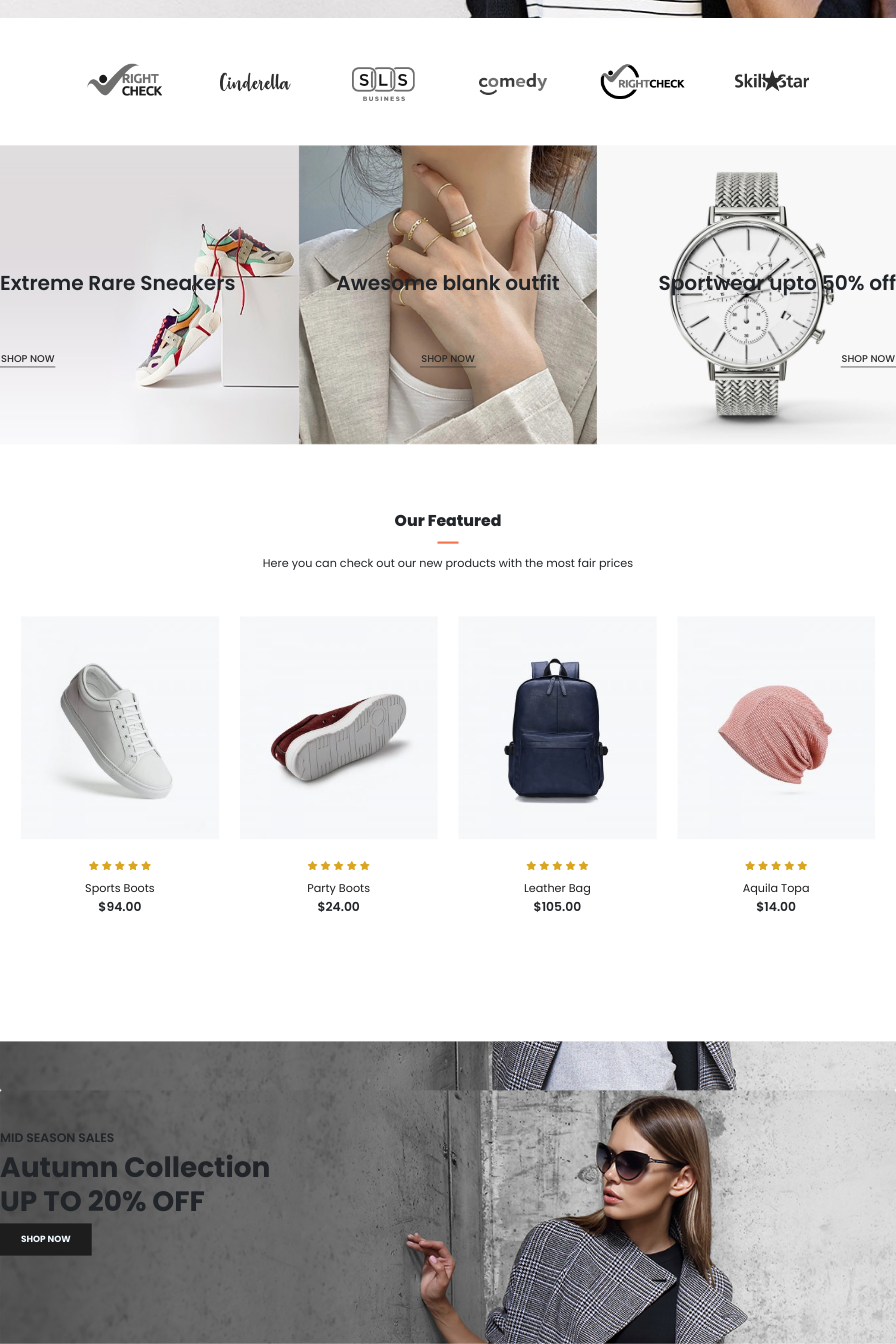
Repository: peter417waweru/e-commerce-UI
Page: index.html
The author's editor kept a copy of each file at every save. The page is drawn from the files as they stood at one save, then again after the next save.
The browser window is 1280 px wide. The pictures show the part of the page from y = 694 to 2614 px (the page is 2614 px tall), at 70% of full size.
Some web libraries are served in a nearby version.

Above is the page before, as saved 2025-02-07 23:42:51.

### index.html
<!DOCTYPE html>
<html lang="en">

    <head>
        <meta charset="UTF-8">
        <meta http-equiv="X-UA-Compatible" content="IE=edge">
        <meta name="viewport" content="width=device-width, initial-scale=1.0">
        <title>Ecommerce Website1</title>

        <link rel="stylesheet" href="https://cdn.jsdelivr.net/npm/bootstrap@4.1.3/dist/css/bootstrap.min.css"
         integrity="sha384-MCw98/SFnGE8fJT3GXwEOngsV7Zt27NXFoaoApmYm81iuXoPkFOJwJ8ERdknLPMO" crossorigin="anonymous">

        <link rel="stylesheet" href="https://pro.fontawesome.com/releases/v5.10.0/css/all.css" />

        <link rel="stylesheet" href="./style.css">
    </head>

    <body>

        <nav class="navbar navbar-expand-lg navbar-light bg-light py-3 fixed-top">
            <div class="container">
              <img src="img/logo1.png" alt="">
              <button class="navbar-toggler" type="button" data-bs-toggle="collapse" data-bs-target="#navbarSupportedContent" aria-controls="navbarSupportedContent" aria-expanded="false" aria-label="Toggle navigation">
                <span><i id="bar" class="fas fa-bars"></i></span>
              </button>
              <div class="collapse navbar-collapse" id="navbarSupportedContent">
                <ul class="navbar-nav ml-auto">
                  <li class="nav-item">
                    <a class="nav-link active" aria-current="page" href="#">Home</a>
                  </li>
                  <li class="nav-item">
                    <a class="nav-link" aria-current="page" href="#">Shop</a>
                  </li>
                  <li class="nav-item">
                    <a class="nav-link" aria-current="page" href="#">Blog</a>
                  </li>
                  <li class="nav-item">
                    <a class="nav-link" aria-current="page" href="#">About</a>
                  </li>
                  <li class="nav-item">
                    <a class="nav-link" aria-current="page" href="#">Contact Us</a>
                  </li>
                  <li class="nav-item">
                    <i class="fal fa-search"></i>
                    <i class="fal fa-shopping-bag"></i>
                  </li>


                </ul>

              </div>
            </div>
        </nav>


        <section id="home">
          <div class="container">
            <h5>NEW ARRIVALS</h5>
            <h1><span>Best Price</span> This year</h1>
            <p>Shop today with us for the best offers delivered to your doorsteps <br>
               within seconds.
            </p>
            <button>Shop Now</button>
          </div>
        </section>

        <section id="brand" class="container">
          <div class="row m-0 py-5">
            <img class="img-fluid col-lg-2 col-md-4 col-sm-6" src="img/brand/1.png" alt="">
            <img class="img-fluid col-lg-2 col-md-4 col-sm-6" src="img/brand/2.png" alt="">
            <img class="img-fluid col-lg-2 col-md-4 col-sm-6" src="img/brand/3.png" alt="">
            <img class="img-fluid col-lg-2 col-md-4 col-sm-6" src="img/brand/4.png" alt="">
            <img class="img-fluid col-lg-2 col-md-4 col-sm-6" src="img/brand/5.png" alt="">
            <img class="img-fluid col-lg-2 col-md-4 col-sm-6" src="img/brand/6.png" alt="">
          </div>
        </section>

        <section id="new" class="w-100">
          <div class="row p-0 m-0">
            <div class="one col-lg-4 col-md-12 col-sm-12 p-0">
              <img class="img-fluid" src="img/new/1.jpg" alt="">
              <div class="details">
                <h2>Extreme Rare Sneakers</h2>
                <button class="text-uppercase">shop now</button>
              </div>
            </div>
            <div class="one col-lg-4 col-md-12 col-sm-12 p-0">
              <img class="img-fluid" src="img/new/5.jpg" alt="">
              <div class="details">
                <h2>Awesome blank outfit</h2>
                <button class="text-uppercase">shop now</button>
              </div>
            </div>
            <div class="one col-lg-4 col-md-12 col-sm-12 p-0">
              <img class="img-fluid" src="img/new/3.jpg" alt="">
              <div class="details">
                <h2>Sportwear upto 50% off</h2>
                <button class="text-uppercase">shop now</button>
              </div>
            </div>
          </div>
        </section>

        <section id="featured" class="my-5 pb-5">
          <div class="container text-center mt-5 py-5">
            <h3>Our Featured</h3>
            <hr class="mx-auto">
            <p>Here you can check out our new products with the most fair prices</p>
          </div>
          <div class="row mx-auto container-fluid">
            <div class="product text-center col-lg-3 col-md-4 col-12">
              <img class="img-fluid mb-3" src="img/featured/1.jpg" alt="">
              <div class="star">
                <i class="fas fa-star"></i>
                <i class="fas fa-star"></i>
                <i class="fas fa-star"></i>
                <i class="fas fa-star"></i>
                <i class="fas fa-star"></i>
              </div>
              <h5 class="p-name">Sports Boots</h5>
              <h4 class="p-price">$94.00</h4>
              <button class="buy-btn">Buy Now</button>
            </div>
            <div class="product text-center col-lg-3 col-md-4 col-12">
              <img class="img-fluid mb-3" src="img/featured/2.jpg" alt="">
              <div class="star">
                <i class="fas fa-star"></i>
                <i class="fas fa-star"></i>
                <i class="fas fa-star"></i>
                <i class="fas fa-star"></i>
                <i class="fas fa-star"></i>
              </div>
              <h5 class="p-name">Party Boots</h5>
              <h4 class="p-price">$24.00</h4>
              <button class="buy-btn">Buy Now</button>
            </div>
            <div class="product text-center col-lg-3 col-md-4 col-12">
              <img class="img-fluid mb-3" src="img/featured/3.jpg" alt="">
              <div class="star">
                <i class="fas fa-star"></i>
                <i class="fas fa-star"></i>
                <i class="fas fa-star"></i>
                <i class="fas fa-star"></i>
                <i class="fas fa-star"></i>
              </div>
              <h5 class="p-name">Leather Bag</h5>
              <h4 class="p-price">$105.00</h4>
              <button class="buy-btn">Buy Now</button>
            </div>
            <div class="product text-center col-lg-3 col-md-4 col-12">
              <img class="img-fluid mb-3" src="img/featured/4.jpg" alt="">
              <div class="star">
                <i class="fas fa-star"></i>
                <i class="fas fa-star"></i>
                <i class="fas fa-star"></i>
                <i class="fas fa-star"></i>
                <i class="fas fa-star"></i>
              </div>
              <h5 class="p-name">Aquila Topa</h5>
              <h4 class="p-price">$14.00</h4>
              <button class="buy-btn">Buy Now</button>
            </div>
          </div>
        </section>

        <section id="banner">
          <div class="">
            <h4>MID SEASON SALES</h4>
            <h1>Autumn Collection <br>
              UP TO 20% OFF
            </h1>
            <button class="text-uppercase">Shop Now</button>
          </div>

        </section>


        <script src="https://cdn.jsdelivr.net/npm/@popperjs/core@2.9.1/dist/umd/popper.min.js"
            integrity="sha384-SR1sx49pcuLnqZUnnPwx6FCym0wLsk5JZuNx2bPPENzswTNFaQU1RDvt3wT4gWFG"
            crossorigin="anonymous"></script>
        <script src="https://cdn.jsdelivr.net/npm/bootstrap@5.0.0-beta3/dist/js/bootstrap.min.js"
            integrity="sha384-j0CNLUeiqtyaRmlzUHCPZ+Gy5fQu0dQ6eZ/xAww941Ai1SxSY+0EQqNXNE6DZiVc"
            crossorigin="anonymous"></script>
    </body>

</html>

### style.css
@import url("https://fonts.googleapis.com/css2?family=Poppins:wght@100;200;300;400;500;600;700;800;900&display=swap");
* {
  margin: 0;
  padding: 0;
  box-sizing: border-box;
}

body {
  font-family: "Poppins", sans-serif;
}

h1 {
  font-size: 2.5rem;
  font-weight: 700;
}

h2 {
  font-size: 1.8rem;
  font-weight: 600;
}

h3 {
  font-size: 1.4rem;
  font-weight: 800;
}

h4 {
  font-size: 1.1rem;
  font-weight: 600;
}

h5 {
  font-size: 1rem;
  font-weight: 400;
  color: #1d1d1d;
}

h6 {
  color: #d8d8d8;
}

hr {
  width: 30px;
  height: 2px;
  background-color: #fb774b;
}

.star {
  padding: 10px 0;
}

.star i{
  font-size: 0.8rem;
  color: goldenrod;
}

button {
  font-size: 0.8rem;
  font-weight: 700;
  outline: none;
  border: none;
  background-color: #1d1d1d;
  color: aliceblue;
  padding: 13px 30px;
  cursor: pointer;
  text-transform: uppercase;
  transition: 0.3s ease;
}

button:hover {
  background-color: #3a3833;
}

hr {
  width: 30px;
  height: 2px;

}

.navbar {
  font-size: 16px;
  background-color: #d8d8d8;
  top: 0;
  left: 0;
}

.navbar-light .navbar-nav .nav-link{
  padding: 0 20px;
  color: black;
  transition: 0.3s ease;
}

.navbar-light .navbar-nav .nav-link:hover,
.navbar i:hover,
.navbar-light .navbar-nav .nav-link.active,
.navbar i.active
{
  color: coral;
}



.navbar i{
  font-size: 1.2rem;
  padding: 0 7px;
  cursor: pointer;
  transition: 0.3s ease;
}

/* Mobile Nav*/


.navbar-light .navbar-toggler{
  border: none;
  outline: none;
}

#bar {
  font-size: 1.5rem;
  padding: 7px;
  cursor: pointer;
  font-weight: 500;
  color: black;
  transition: 0.3s ease;
}

#bar:hover,
#bar.active{
  color: #fff;
}

@media only screen and (max-width: 990px) {

  body > nav > div > button:hover ,
  body > nav > div > button:focus {
    background-color: #fb774b;
  }

  body > nav > div > button:hover #bar,
  body > nav > div > button:focus #bar {
    background-color: #fb774b;
  }

  #navbarSupportedContent > ul {
    margin: 1rem;
    justify-content: flex-end;
    align-items: flex-end;
    text-align: right;
  }

  #navbarSupportedContent > ul > li:nth-child(n) > a {
    padding: 10px 0;
  }
}


#home {
  background-image: url("img/back.jpg");
  width: 100%;
  height: 100vh;
  background-size: cover;
  background-position: top 70px center;
  display: flex;
  flex-direction: column;
  align-items: flex-start;
  justify-content: center;

}

#home span{
  color: coral;
}

#new .row .one img{
  width: 100%;
  height: 100%;
  background-position: center center;
  background-repeat: no-repeat;
  background-size: cover;
  position: relative;
}


#new .row .one .details{
  position: absolute;
  width: 100%;
  height: 100%;
  top: 0;
  left: 0;
  transition: 0.3s ease;
}

#new .row .one:hover .details{
  cursor: pointer;
  background-color: rgba(255, 178, 178, 0.8);
}

#new .row .one .details button{
 display: inline-block;
 font-size: 14px;
 font-weight: 500;
 color: #2a2a2a;
 background: none;
 text-transform: uppercase;
 border-bottom: 1px solid #2a2a2a;
 padding: 1.5px;
 transform: translateY(70px);
 transition: 0.3s ease;
}

#new .row .one .details button:hover{
  cursor: pointer;
  color: #fff;
  border-bottom: 1px solid #fff;
}

#new .row .one:nth-child(1) .details{
  display: flex;
  justify-content: center;
  flex-direction: column;
  align-items: flex-start;
  text-align: start;
}

#new .row .one:nth-child(2) .details{
  display: flex;
  justify-content: center;
  flex-direction: column;
  align-items: center;
  text-align: center;
}

#new .row .one:nth-child(3) .details{
  display: flex;
  justify-content: center;
  flex-direction: column;
  align-items: flex-end;
  text-align: end;
}

/*Products*/

.product {
  cursor: pointer;
  margin-bottom: 2rem;
}

.product img{
  transition: 0.3s all;
}

.product img:hover{
  opacity: 0.7;
}

.product .buy-btn{
  background: #fb774b;
  transform: translateY(20px);
  opacity: 0;
  transition: 0.3s all;
}
.product:hover .buy-btn{
  transform: translateY(0px);
  opacity: 1;
}

#banner {
  background-image: url("img/banner/2.jpg");
  width: 100%;
  height: 60vh;
  background-size: cover;
  background-position: top 70px center;
  display: flex;
  flex-direction: column;
  align-items: flex-start;
  justify-content: center;
}

After the next save:
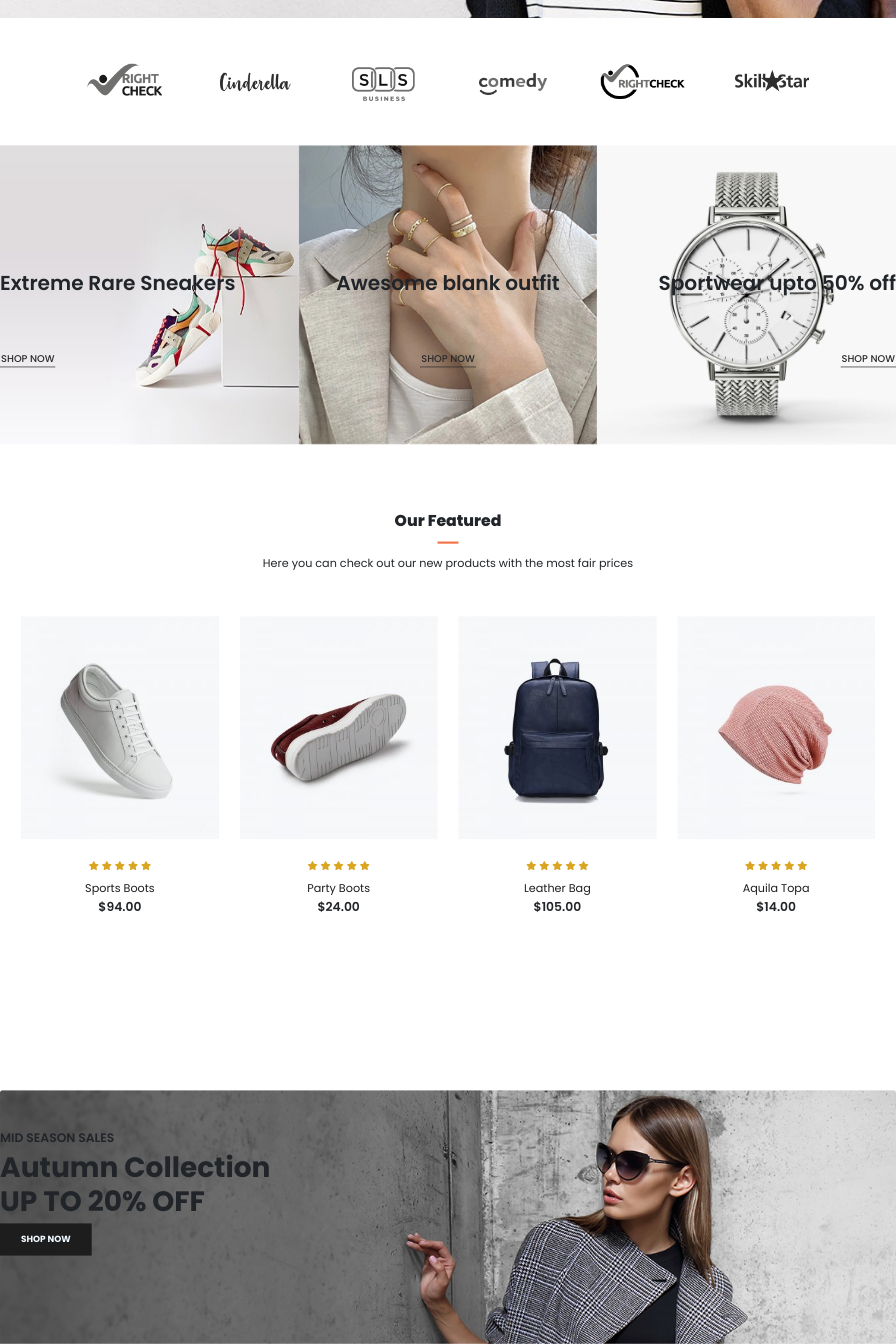
Saved 36 s later.
--- a/style.css
+++ b/style.css
@@ -270,6 +270,7 @@ hr {
   height: 60vh;
   background-size: cover;
   background-position: top 70px center;
+  background-repeat: no-repeat;
   display: flex;
   flex-direction: column;
   align-items: flex-start;
